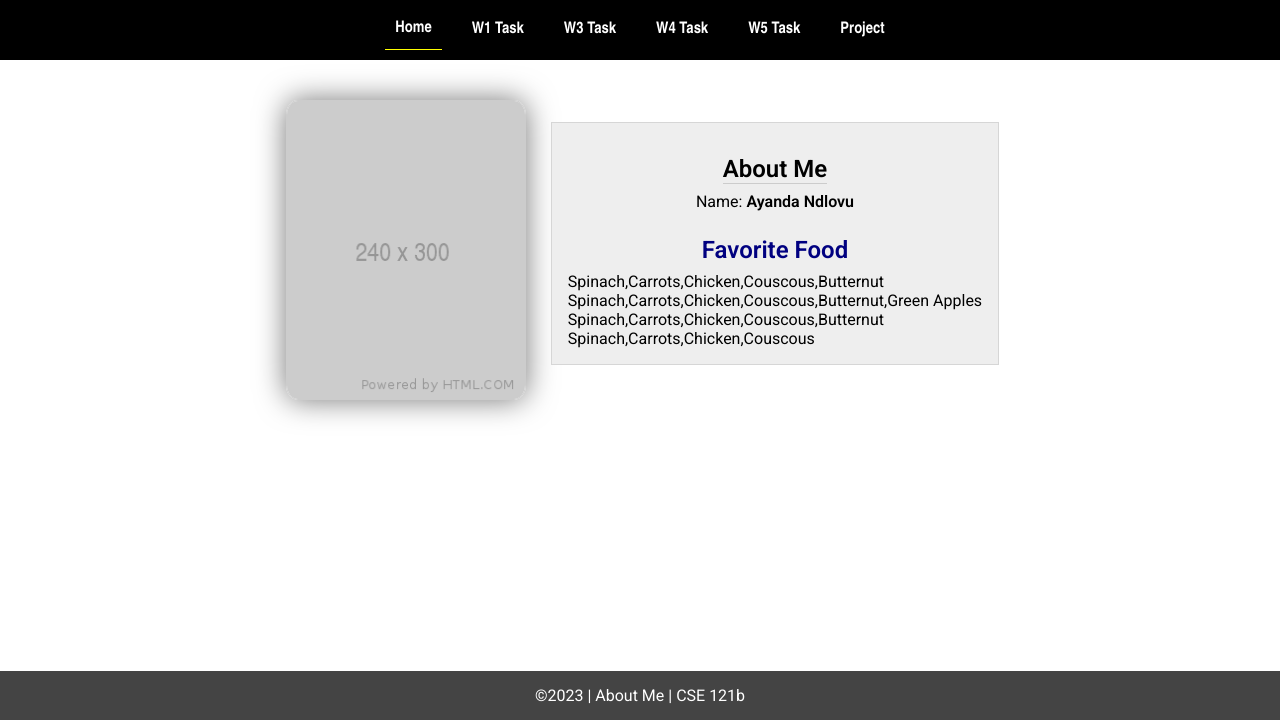
Repository: mszakutumela/cse121b
Page: index.html
These files come from the project's save history. The page is drawn as it stood at one moment and after the next save; the edit follows.
The browser window is 1280 px wide. The pictures show the whole page.

Above is the page before, as saved 2023-10-07 15:32:34.

### index.html
<!DOCTYPE html>
<html lang="en">

<head>
  <meta charset="UTF-8">
  <meta name="viewport" content="width=device-width, initial-scale=1.0">
  <title>About Me | CSE 121b | W02: Programming Tasks</title>
  <link rel="preconnect" href="https://fonts.googleapis.com">
  <link rel="preconnect" href="https://fonts.gstatic.com" crossorigin>
  <link href="https://fonts.googleapis.com/css2?family=Roboto:wght@400;600&display=swap"
    rel="stylesheet">
  <link rel="stylesheet" href="styles/main.css">
</head>

<body>
  <nav>
    <ul id="menu">
      <li><a id="toggleMenu">&equiv;</a></li>
      <li><a href="index.html" class="active">Home</a></li>
      <li><a href="w01-task.html">W1 Task</a></li>
      <li><a href="w03-task.html">W3 Task</a></li>
      <li><a href="w04-task.html">W4 Task</a></li>
      <li><a href="w05-task.html">W5 Task</a></li>
      <li><a href="project.html">Project</a></li>
    </ul>
  </nav>
  <main id="home">
    <picture>
      <!-- <img src="images/20221109_183304.jpg" alt="Image_of_Me"> you must not change anything in this document-->
      <img src="images/placeholder.png" alt="Placeholder Image">
    </picture>
    <section>
      <h1>About Me</h1>
      <div class="info">Name: <span id="name"></span></div>
      <h2>Favorite Food</h2>
      <div class="block" id="food"></div>
    </section>
  </main>
  <footer>
    &copy;<span id="year"></span> | About Me | CSE 121b
  </footer>
  <script src="scripts/main.js"></script>
  <script src="scripts/w02-task.js"></script>
</body>

</html>

### styles/main.css
/* Universal Selector */
* {
    margin: 0;
    padding: 0;
    box-sizing: border-box;
}

/* HTML Selectors */
body {
    font-family: 'Roboto', Helvetica, sans-serif;
}

nav {
    background-color: black;
    width: 100%;
    position: fixed;
    top: 0;
}

nav ul {
    display: flex;
    flex-direction: column;
    align-items: center;
    max-width: -moz-fit-content;
    max-width: fit-content;
    margin: 0 auto;
}

nav ul li {
    flex: 1 1 auto;
}

nav ul li:first-child {
    display: block;
    font-size: 2rem;
}

nav ul li:first-child a {
    padding: 1px 10px;
}

nav ul li {
    display: none;
    list-style: none;
    margin: 10px;
}

nav ul li a {
    display: block;
    padding: 10px;
    text-decoration: none;
    font-weight: 600;
    color: white;
    text-align: center;
    font-family: 'Arial Narrow', Arial, sans-serif;
}

nav ul li a:hover {
    background-color: #efefef;
    color: black;
}

h1,
h2 {
    text-align: center;
    margin: 1rem 0 .5rem;
}

h1 {
    border-bottom: 1px solid #ccc;
}

#gridly h1 {
    margin-top: 80px;
}

h2 {
    font-size: 1.5rem;
    color: navy;
    text-align: center;
    margin-top: 25px;
}

h3 {
    font-size: 1.3rem;
    margin-bottom: 1rem;
}

header {
    margin-top: 70px;
}

picture {
    margin: 0 auto;
}

picture img {
    width: 240px;
    height: auto;
    border-radius: 5%;
    border: 1px solid #ccc;
    box-shadow: 0 0 30px #777;
}

section {
    display: flex;
    flex-direction: column;
    align-items: center;
    margin: 0 auto 1rem;
    border: 1px solid rgba(0, 0, 0, .1);
    padding: 1rem;
    background-color: #eee;
}

article {
    margin-bottom: 1rem;
}

article div {
    margin-bottom: .5rem;
    text-align: right;
}

label {
    padding: .35rem;
}

input {
    padding: .35rem;
}

input[type="button"] {
    padding: .5rem;
    background-color: #444;
    color: white;
    border: none;
    border-radius: 5px;
    cursor: pointer;
    width: 100%
}

input[type="checkbox"] {
    width: 25px;
    height: 25px;
}

dt {
    font-weight: 700;
}

dt::before {
    content: "🏘️ ";
}

dd {
    margin: 0 0 .5rem 2rem;
    font-size: smaller;
}

footer {
    background-color: #444;
    color: white;
    padding: 15px;
    text-align: center;
    width: 100%;
    position: fixed;
    bottom: 0;
}

/* Class Selectors */
.active {
    border-bottom: 1px solid yellow;
}

.open li {
    display: block;
}

.block {
    display: block;
}

.larger {
    font-size: larger;
    color: red;
}

.right {
    width: 100%;
    text-align: right;
}

.middle {
    display: flex;
    align-items: center;
    justify-content: right;
    gap: 1rem;
}

/* ID Selectors */

#home {
    margin-top: 125px;
    display: grid;
    grid-template-columns: 1fr;
    grid-gap: 20px;
    align-items: center;
    justify-content: center;
}


#section1 {
    background-color: rgb(225, 250, 225, .5);
}

#section2 {
    background-color: rgba(200, 200, 250, 0.5);

}

#section2 div {
    margin-bottom: 1rem;
}

#section3 {
    background-color: rgb(250, 225, 250, .5);
}

#sortBy {
    appearance: none;
    display: flex;
    padding: .5rem;
    background-color: #eee;
    color: #444;
    font-weight: 700;
    margin: 1rem auto;
    width: 200px;
    border: 1px solid rgba(0, 0, 0, .2);
    text-align: center;
}

#sortBy option:disabled {
    font-style: italic;
    padding: 1rem;
    background-color: #111;
    color: #eee;
}

#temples {
    display: grid;
    grid-template-columns: repeat(auto-fit, minmax(320px, 1fr));
    grid-gap: .5rem;
    align-items: center;
    margin-bottom: 3rem;
}

#temples article {
    height: 250px;
    margin: .5rem;
    border: 1px solid rgba(0, 0, 0, .1);
    padding: 1rem;
    background-color: #eee;
    display: flex;
    flex-direction: column;
    align-items: center;
    justify-content: center;
}

#temples h4 {
    color: navy;
    font-size: smaller;
}


#temples img {
    width: 250px;
    height: auto;
    box-shadow: 0 0 30px #777;
    margin: .5rem;
}

/* Media Queries */
@media only screen and (min-width: 32.5em) {
    nav ul {
        flex-direction: row;
    }

    nav ul li:first-child {
        display: none;
    }

    nav ul li {
        display: block;
    }

    section {
        min-width: 300px;
    }

    #home {
        margin: 100px auto 20px;
        grid-template-columns: 250px 1fr;
        max-width: -moz-fit-content;
        max-width: fit-content;
    }

    #task3 {
        display: grid;
        grid-template-columns: 1fr 1fr;
        grid-gap: 5px;
        margin: 0 auto;
        max-width: 950px;
    }

}

### scripts/w02-task.js
/* W02-Task - Profile Home Page */

/* Step 1 - Setup type tasks - no code required */

/* Step 2 - Variables */
let fullName = "Ayanda Ndlovu";
let currentYear = new Date().getFullYear();
const profilePicture = "images/20221109_183304.jpg"

/* Step 3 - Element Variables */
const nameElement = document.getElementById('name');
const foodElement = document.getElementById('food');
const yearElement = document.querySelector('#year');
const imageElement = document.querySelector('img');

/* Step 4 - Adding Content */
nameElement.innerHTML = `<strong>${fullName}</strong>`;
yearElement.textContent = `${currentYear}`;
imageElement.setAttribute('scr', profilePicture);
imageElement.setAttribute('alt', `Profile image of ${fullName}`);
imageElement.setAttribute('title', profilePicture);

/* Step 5 - Array */
let favoriteFoods = ['Spinach', 'Carrots', 'Chicken', 'Couscous', 'Butternut'];
foodElement.innerHTML = `${favoriteFoods}`;
let anotherSingleFood = ['Green Apples'];
favoriteFoods.push(anotherSingleFood);

foodElement.innerHTML += `<br>${favoriteFoods}`;
favoriteFoods.pop(0);
foodElement.innerHTML += `<br>${favoriteFoods}`;
favoriteFoods.pop();
foodElement.innerHTML += `<br>${favoriteFoods}`;

Loaded but not shown: scripts/main.js (common file)

After the next save:
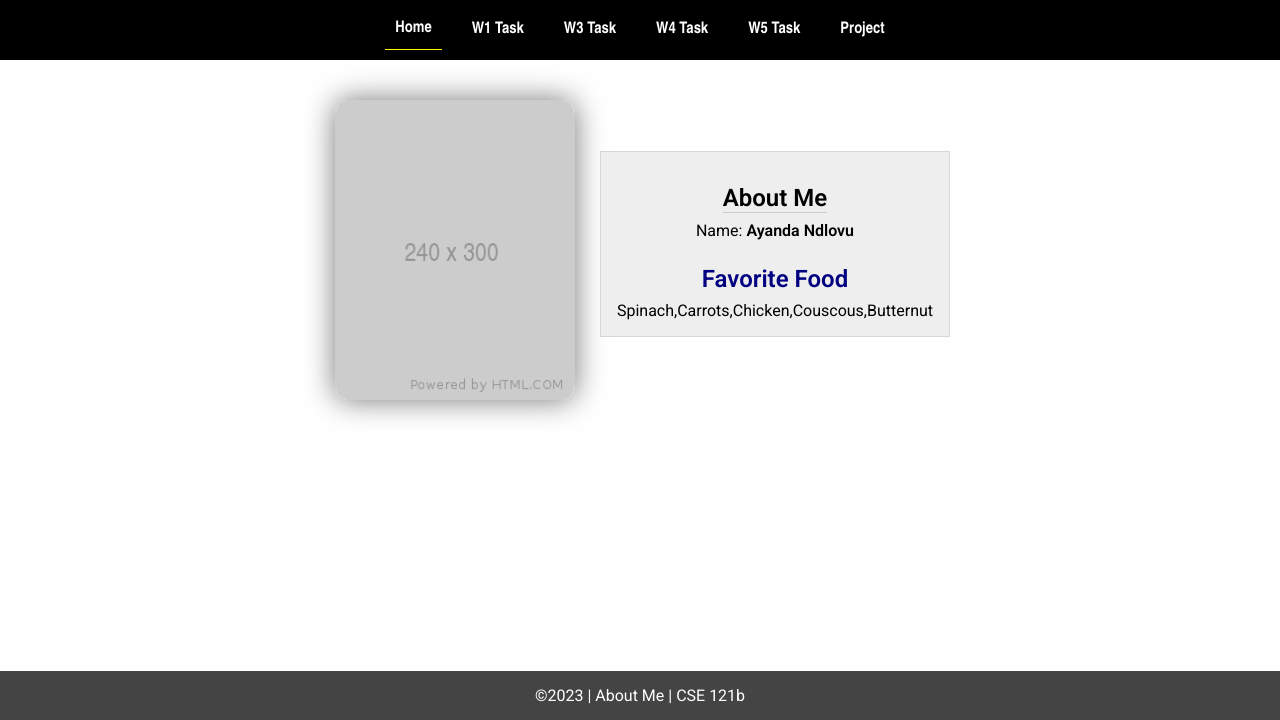
Saved 9 s later.
--- a/scripts/w02-task.js
+++ b/scripts/w02-task.js
@@ -26,8 +26,8 @@
 let anotherSingleFood = ['Green Apples'];
 favoriteFoods.push(anotherSingleFood);
 
-foodElement.innerHTML += `<br>${favoriteFoods}`;
-favoriteFoods.pop(0);
-foodElement.innerHTML += `<br>${favoriteFoods}`;
-favoriteFoods.pop();
-foodElement.innerHTML += `<br>${favoriteFoods}`;
+// foodElement.innerHTML += `<br>${favoriteFoods}`;
+// favoriteFoods.pop(0);
+// foodElement.innerHTML += `<br>${favoriteFoods}`;
+// favoriteFoods.pop();
+// foodElement.innerHTML += `<br>${favoriteFoods}`;

After the save that followed:
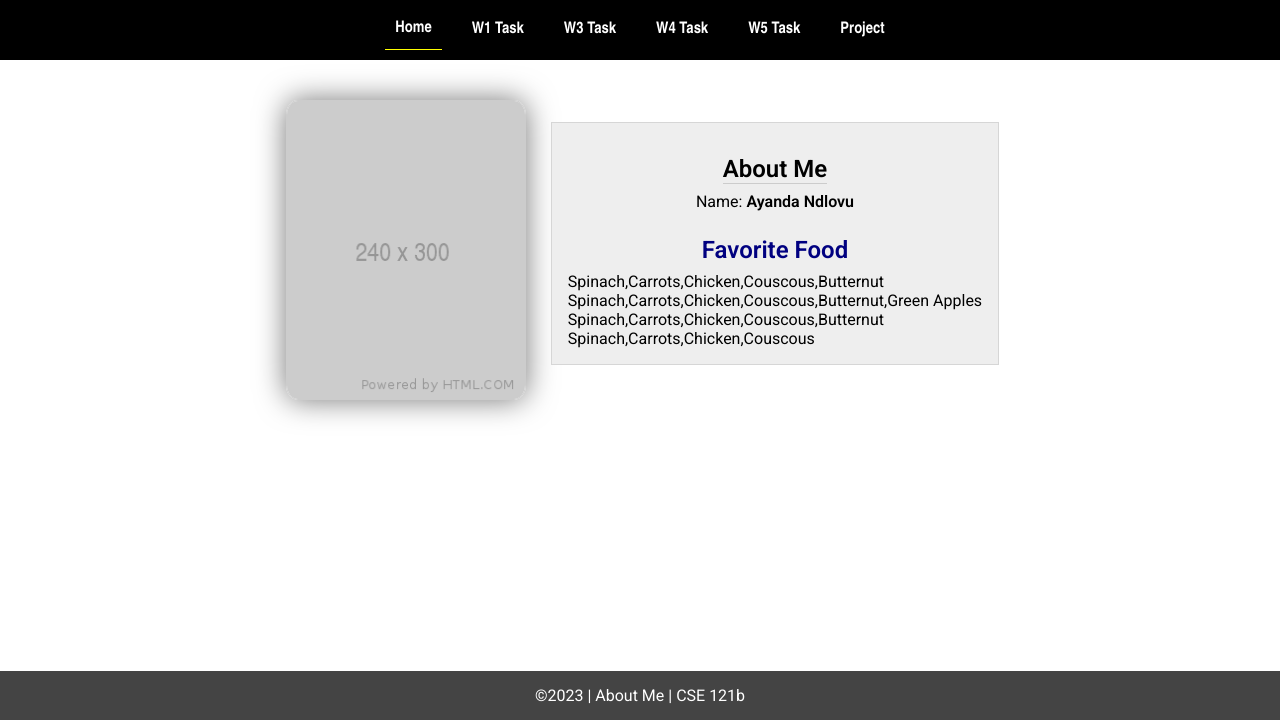
Saved 7 s later.
--- a/scripts/w02-task.js
+++ b/scripts/w02-task.js
@@ -25,9 +25,8 @@
 foodElement.innerHTML = `${favoriteFoods}`;
 let anotherSingleFood = ['Green Apples'];
 favoriteFoods.push(anotherSingleFood);
-
-// foodElement.innerHTML += `<br>${favoriteFoods}`;
-// favoriteFoods.pop(0);
-// foodElement.innerHTML += `<br>${favoriteFoods}`;
-// favoriteFoods.pop();
-// foodElement.innerHTML += `<br>${favoriteFoods}`;
+foodElement.innerHTML += `<br>${favoriteFoods}`;
+favoriteFoods.pop(0);
+foodElement.innerHTML += `<br>${favoriteFoods}`;
+favoriteFoods.pop();
+foodElement.innerHTML += `<br>${favoriteFoods}`;
